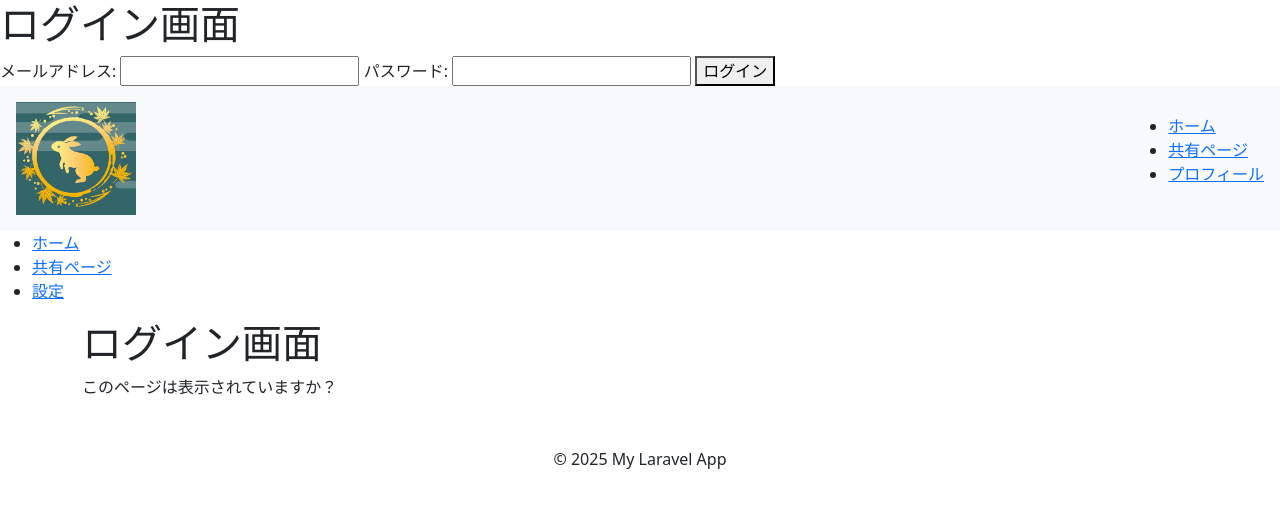
Repository: yoneza03/my-laravel-project
Page: http://localhost/login
The author's editor kept a copy of each file at every save. The page is drawn from the files as they stood at one save, then again after the next save.
The browser window is 1280 px wide. The pictures show the whole page.
The page is served by the project's Laravel application, run on PHP 8.4 with Laravel 12. Other server files are loaded and not shown.

Above is the page before, as saved 2025-06-02 22:29:27.

### app/routes/web.php
<?php

use Illuminate\Support\Facades\Route;
use App\Http\Controllers\HomeController;
use App\Http\Controllers\Auth\LoginController;
use App\Http\Controllers\ShoppingFuelController;
use App\Http\Controllers\SharedController;


Route::get('/', function () {
    return view('welcome');
});
Route::get('/', [HomeController::class, 'index'])->name('home');

Route::get('/login', [LoginController::class, 'showLoginForm'])->name('login');
Route::get('/login', [LoginController::class, 'showLoginForm'])->name('login');
Route::post('/login', [LoginController::class, 'login']);

Route::post('/shopping-fuel', [ShoppingFuelController::class, 'store'])->name('shoppingFuel.store');
Route::get('/shopping-fuel/{id}', [ShoppingFuelController::class, 'show'])->name('shoppingFuel.show');
Route::put('/shopping-fuel/{id}', [ShoppingFuelController::class, 'update'])->name('shoppingFuel.update');
Route::delete('/shopping-fuel/{id}', [ShoppingFuelController::class, 'destroy'])->name('shoppingFuel.destroy');
Route::get('/shopping-fuel', [ShoppingFuelController::class, 'index']);

Route::get('/shared', [SharedController::class, 'index']);

### app/app/Http/Controllers/Auth/LoginController.php
<?php

namespace App\Http\Controllers\Auth;

use App\Http\Controllers\Controller;
use Illuminate\Http\Request;

class LoginController extends Controller
{
    public function showLoginForm()
    {
        return view('auth.login');
    }

    public function login(Request $request)
    {
        // ここにログイン処理を記述
    }
}

### app/resources/views/auth/login.blade.php
<!DOCTYPE html>
<html lang="ja">
<head>
    <meta charset="UTF-8">
    <title>ログイン</title>
    <link rel="stylesheet" href="{{ asset('css/style.css') }}">

</head>
<body>
@extends('layouts.app')

@section('content')
    <h1>ログイン画面</h1>
    <p>このページは表示されていますか？</p>
@endsection
    <h1>ログイン画面</h1>
    <form action="{{ route('login') }}" method="POST">
        @csrf
        <label for="email">メールアドレス:</label>
        <input type="email" name="email" required>
        <label for="password">パスワード:</label>
        <input type="password" name="password" required>
        <button type="submit">ログイン</button>
    </form>
</body>
</html>

### app/resources/views/layouts/app.blade.php
<!DOCTYPE html>
<html lang="ja">
<head>
    <meta charset="UTF-8">
    <meta name="viewport" content="width=device-width, initial-scale=1">
    <title>@yield('title')</title>

    <!-- Bootstrap -->
    <link rel="stylesheet" href="https://cdn.jsdelivr.net/npm/bootstrap@5.3.0/dist/css/bootstrap.min.css">

    <!-- カスタム CSS -->
    <link rel="stylesheet" href="{{ asset('css/style.css') }}">
</head>
<body>
    @include('layouts.header')  {{-- ヘッダーを読み込み --}}
    @include('layouts.navbar')  {{-- ナビゲーションを読み込み --}}

    <div class="container">
        @yield('content')  {{-- 各ページの内容をここに埋め込む --}}
    </div>

    @include('layouts.footer')  {{-- フッターを読み込み --}}

    <!-- Bootstrap JS -->
    <script src="https://cdn.jsdelivr.net/npm/bootstrap@5.3.0/dist/js/bootstrap.bundle.min.js"></script>

    <!-- カスタム JavaScript -->
    <script src="{{ asset('js/script.js') }}"></script>
</body>
</html>

### app/resources/views/layouts/header.blade.php
<header class="d-flex justify-content-between align-items-center p-3 bg-light">
    <a href="{{ route('login') }}">
        <img src="{{ asset('images/logo.png') }}" alt="ロゴ" class="logo">
    </a>

    @if(Auth::check()) {{-- ログイン済みなら表示 --}}
        <a href="{{ route('logout') }}" class="btn btn-danger">ログアウト</a>
    @endif
    <nav>
        <ul>
            <li><a href="{{ url('/') }}">ホーム</a></li>
            <li><a href="{{ url('/shared') }}">共有ページ</a></li>
            <li><a href="{{ url('/profile') }}">プロフィール</a></li>
        </ul>
    </nav>

</header>

### app/resources/views/layouts/navbar.blade.php
<nav>
    <ul>
        <li><a href="{{ url('/') }}">ホーム</a></li>
        <li><a href="{{ url('/shared') }}">共有ページ</a></li>
        <li><a href="{{ url('/settings') }}">設定</a></li>
    </ul>
</nav>

### app/resources/views/layouts/footer.blade.php
<footer class="text-center mt-5">
    <p>&copy; 2025 My Laravel App</p>
</footer>

### app/public/css/style.css
.logo {
    width: 120px;
    height: auto;
}

Loaded but not shown: app/app/Http/Controllers/Controller.php (common file)

After the next save:
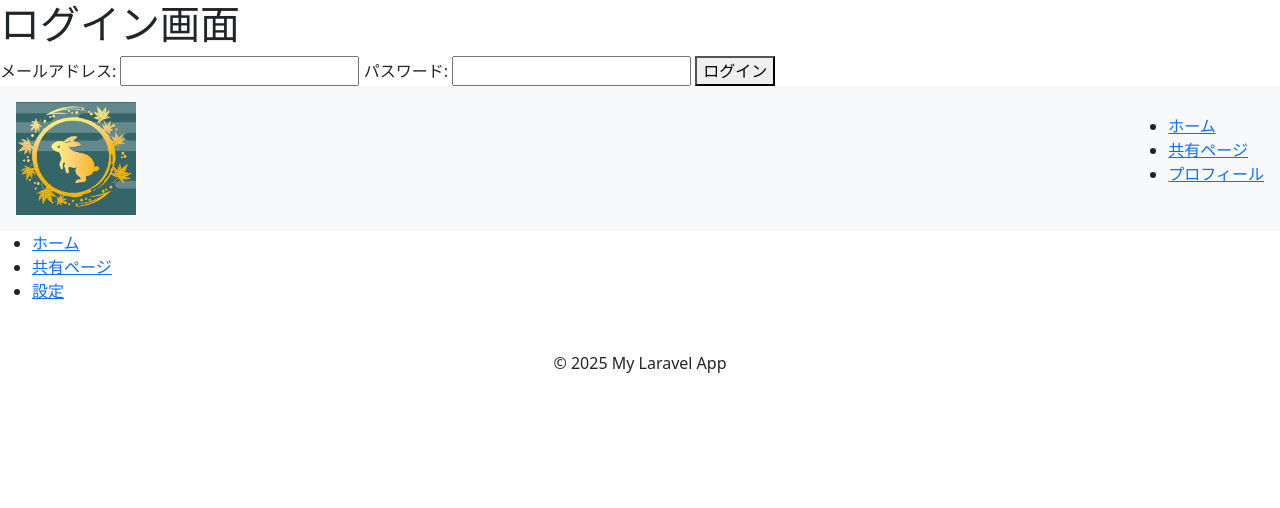
Saved 9 min 56 s later.
--- a/app/resources/views/auth/login.blade.php
+++ b/app/resources/views/auth/login.blade.php
@@ -9,10 +9,6 @@
 <body>
 @extends('layouts.app')
 
-@section('content')
-    <h1>ログイン画面</h1>
-    <p>このページは表示されていますか？</p>
-@endsection
     <h1>ログイン画面</h1>
     <form action="{{ route('login') }}" method="POST">
         @csrf
